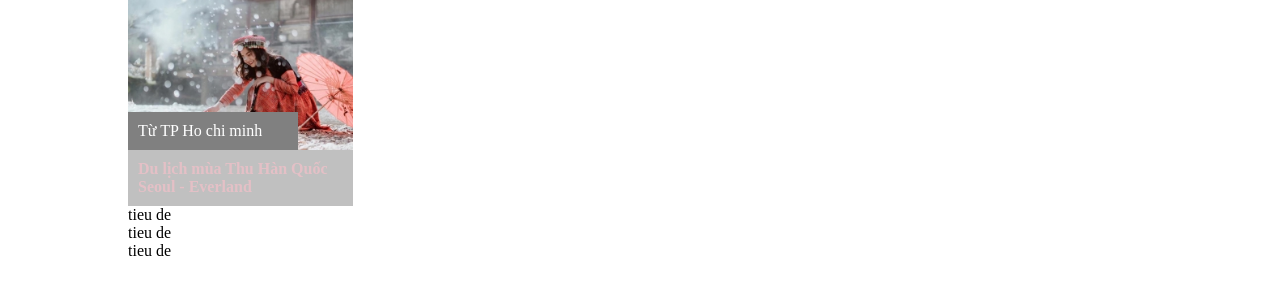
Repository: hoang71299/fe_26
Page: buoi 6/2.html
The author's editor kept a copy of each file at every save. The page is drawn from the files as they stood at one save, then again after the next save.
The browser window is 1280 px wide. The pictures show the whole page.
The pointer rests on the first visible `.tieude`.

Above is the page before, as saved 2022-08-30 16:20:23.

### buoi 6/2.html
<!DOCTYPE html>
<html lang="en">
<head>
    <meta charset="UTF-8">
    <meta http-equiv="X-UA-Compatible" content="IE=edge">
    <meta name="viewport" content="width=device-width, initial-scale=1.0">
    <title>Document</title>
    <link rel="stylesheet" href="./2.css">
</head>
<body>
    <div class="product">
        <div class="box">
            <a href="" class="top">
                <div class="content">
                    <img src="./image/dubai.jdg.jpg" alt="" class="hinhsp">
                    <div class="bg"></div>
                    <div class="text">
                        Du lịch mùa Thu Hàn Quốc Seoul - Everland - Đảo Nami - Tháp Namsan từ Sài Gòn 2022. Hàn Quốc là một đất nước mang đậm màu sắc của văn hóa phương Đông
                    </div>
                    <div class="diadiem">
                        Từ TP Ho chi minh
                    </div>
                </div>
                <div class="tieude">
                    Du lịch mùa Thu Hàn Quốc Seoul - Everland
                </div>
            </a>
            <div class="bottom">
                <p>tieu de</p>
                <p>tieu de</p>
                <p>tieu de</p>
            </div>
        </div>
    </div>
</body>
</html>

### buoi 6/2.css
*{
    margin: 0;
    padding: 0;
    text-decoration: none;
}
html,body{
    width: 100%;
    height: 100%;
}
.product{
    width: 80%;
    height: auto;
    margin: auto;
}
.box{
    width: 22%;
    height: auto;
}
.top{
    width: 100%;
    display: inline-block;
    text-decoration: none;
}
.top .content{
    width: 100%;
    height: 150px;
    position: relative;
    overflow: hidden;
}
.top .content .hinhsp{
    width: 100%;
    height: 100%;
    object-fit: cover;
}
.bg{
    width: 100%;
    height: 100%;
    background-color: rgba(0, 0, 0, 0.269);
    position: absolute;
    top: 0;
    opacity: 0;
}
.content:hover .bg{
    opacity: 1;
    transition: 0.3s linear;
}
.text{
    color: white;
    position: absolute;
    top: 0px;
    padding: 10px;
    opacity: 0;
}
.content:hover .text{
    opacity: 1;
    transition: 0.3s ease-in;
}
.diadiem{
    position: absolute;
    bottom: 0;
    color: white;
    width: 150px;
    background-color: gray;
    padding: 10px;
}
.content:hover .diadiem{
    bottom: -50px;
    transition: 0.3s linear;
}
.tieude{
    color: #000;
    font-weight: bold;
    background-color: rgba(0, 0, 0, 0.246);
    padding: 10px;
}
.tieude:hover{
    color: rgba(255, 192, 203, 0.574);
}

After the next save:
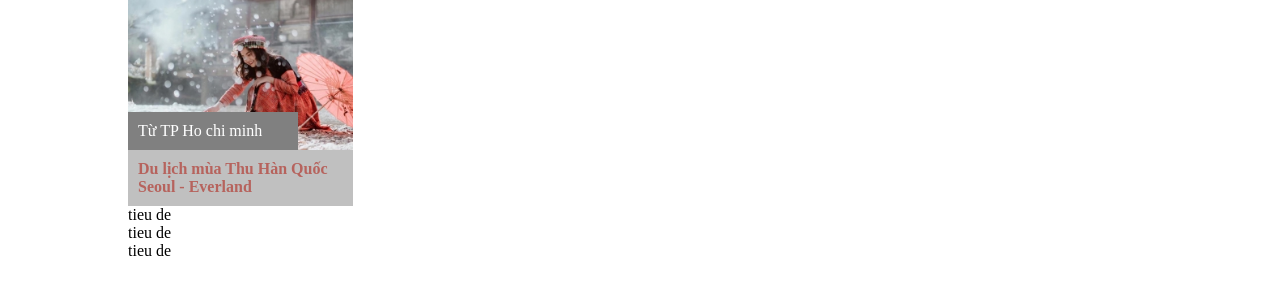
Saved 22 s later.
--- a/buoi 6/2.css
+++ b/buoi 6/2.css
@@ -74,5 +74,5 @@ html,body{
     padding: 10px;
 }
 .tieude:hover{
-    color: rgba(255, 192, 203, 0.574);
+    color: #b6635d ;
 }
